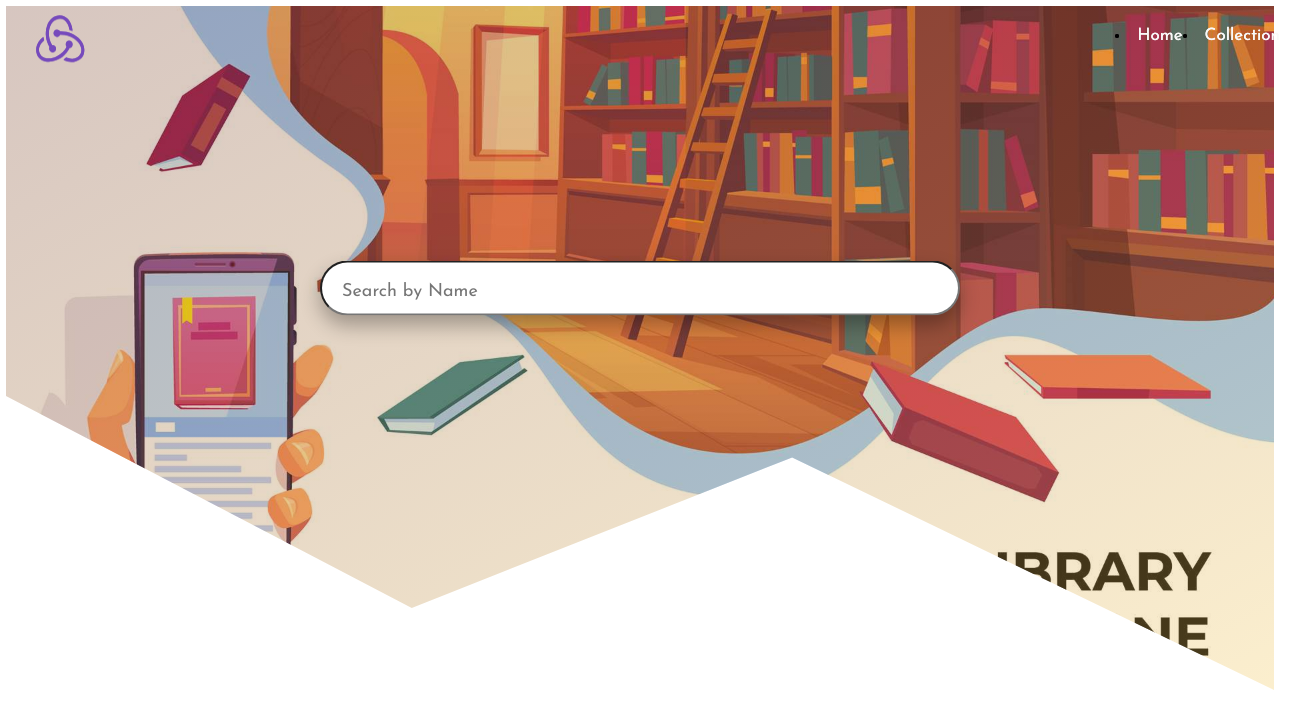
Repository: Kol124/react-book-library
Page: /
The author's editor kept a copy of each file at every save. The page is drawn from the files as they stood at one save, then again after the next save.
The browser window is 1280 px wide. The page is 1300 px wide, so the pictures cover 1300 px, including what lies to the right of the window. The pictures show the whole page.
The project was rebuilt for these pictures with package versions that can differ from the ones it lists, and the page was loaded fresh each time.

Above is the page before, as saved 2021-07-13 18:26:39.

### public/index.html
<!DOCTYPE html>
<html lang="en">
  <head>
    <meta charset="utf-8" />
    <link rel="icon" href="%PUBLIC_URL%/favicon.ico" />
    <meta name="viewport" content="width=device-width, initial-scale=1" />
    <meta name="theme-color" content="#000000" />
    <meta
      name="description"
      content="Web site created using create-react-app"
    />
    <link rel="apple-touch-icon" href="%PUBLIC_URL%/logo192.png" />
    <!--
      manifest.json provides metadata used when your web app is installed on a
      user's mobile device or desktop. See https://developers.google.com/web/fundamentals/web-app-manifest/
    -->
    <link rel="manifest" href="%PUBLIC_URL%/manifest.json" />
    <!--
      Notice the use of %PUBLIC_URL% in the tags above.
      It will be replaced with the URL of the `public` folder during the build.
      Only files inside the `public` folder can be referenced from the HTML.

      Unlike "/favicon.ico" or "favicon.ico", "%PUBLIC_URL%/favicon.ico" will
      work correctly both with client-side routing and a non-root public URL.
      Learn how to configure a non-root public URL by running `npm run build`.
    -->
    <link rel="stylesheet" href="all.min.css" />
    <title>React Redux App</title>
  </head>
  <body>
    <noscript>You need to enable JavaScript to run this app.</noscript>
    <div id="root"></div>
    <!--
      This HTML file is a template.
      If you open it directly in the browser, you will see an empty page.

      You can add webfonts, meta tags, or analytics to this file.
      The build step will place the bundled scripts into the <body> tag.

      To begin the development, run `npm start` or `yarn start`.
      To create a production bundle, use `npm run build` or `yarn build`.
    -->
  </body>
</html>

### src/index.css
@import url(fonts.css);

*,
*::before,
*::after {
  margin: 0;
  padding: 0;
  box-sizing: inherit;
}

html {
  scroll-behavior: smooth;
  box-sizing: border-box;
  font-size: 62.5%;
}

@media only screen and (max-width: 1024px) {
  html {
    font-size: 52.25%;
  }
}

/* @media only screen and (max-width: 768px) {
  html {
    font-size: 50%;
  }
} */

@media only screen and (max-width: 480px) {
  html {
    font-size: 50%;
  }
}

body {
  font-family: Josefin Sans, "Lucida Sans", cursive;
  margin: 0.6rem;
}

a {
  color: #f9f9f9;
  text-decoration: none;
}

.App-logo {
  height: 8.5vmin;
  pointer-events: none;
}

@media (prefers-reduced-motion: no-preference) {
  .App-logo {
    animation: App-logo-float infinite 3s ease-in-out;
  }
}

@keyframes App-logo-float {
  0% {
    transform: translateY(0);
  }
  50% {
    transform: translateY(5px);
  }
  100% {
    transform: translateY(0px);
  }
}

### src/App.js
import React from "react";
import Home from "./components/Home";
import Nav from "./components/Nav";
import { BrowserRouter as Router, Switch, Route } from "react-router-dom";

function App() {
  return (
    <Router>
      <Nav />
      <Switch>
        <Route exact path="/">
          <Home />
        </Route>
      </Switch>
    </Router>
  );
}

export default App;

### src/fonts.css
/* josefin-sans-300 - latin */
@font-face {
  font-family: "Josefin Sans";
  font-style: normal;
  font-weight: 300;
  src: url("./fonts/josefin-sans-v17-latin-300.eot"); /* IE9 Compat Modes */
  src: local(""),
    url("./fonts/josefin-sans-v17-latin-300.eot?#iefix")
      format("embedded-opentype"),
    /* IE6-IE8 */ url("./fonts/josefin-sans-v17-latin-300.woff2")
      format("woff2"),
    /* Super Modern Browsers */ url("./fonts/josefin-sans-v17-latin-300.woff")
      format("woff"),
    /* Modern Browsers */ url("./fonts/josefin-sans-v17-latin-300.ttf")
      format("truetype"),
    /* Safari, Android, iOS */
      url("./fonts/josefin-sans-v17-latin-300.svg#JosefinSans") format("svg"); /* Legacy iOS */
}
/* josefin-sans-regular - latin */
@font-face {
  font-family: "Josefin Sans";
  font-style: normal;
  font-weight: 400;
  src: url("./fonts/josefin-sans-v17-latin-regular.eot"); /* IE9 Compat Modes */
  src: local(""),
    url("./fonts/josefin-sans-v17-latin-regular.eot?#iefix")
      format("embedded-opentype"),
    /* IE6-IE8 */ url("./fonts/josefin-sans-v17-latin-regular.woff2")
      format("woff2"),
    /* Super Modern Browsers */
      url("./fonts/josefin-sans-v17-latin-regular.woff") format("woff"),
    /* Modern Browsers */ url("./fonts/josefin-sans-v17-latin-regular.ttf")
      format("truetype"),
    /* Safari, Android, iOS */
      url("./fonts/josefin-sans-v17-latin-regular.svg#JosefinSans")
      format("svg"); /* Legacy iOS */
}
/* josefin-sans-600 - latin */
@font-face {
  font-family: "Josefin Sans";
  font-style: normal;
  font-weight: 600;
  src: url("./fonts/josefin-sans-v17-latin-600.eot"); /* IE9 Compat Modes */
  src: local(""),
    url("./fonts/josefin-sans-v17-latin-600.eot?#iefix")
      format("embedded-opentype"),
    /* IE6-IE8 */ url("./fonts/josefin-sans-v17-latin-600.woff2")
      format("woff2"),
    /* Super Modern Browsers */ url("./fonts/josefin-sans-v17-latin-600.woff")
      format("woff"),
    /* Modern Browsers */ url("./fonts/josefin-sans-v17-latin-600.ttf")
      format("truetype"),
    /* Safari, Android, iOS */
      url("./fonts/josefin-sans-v17-latin-600.svg#JosefinSans") format("svg"); /* Legacy iOS */
}
/* josefin-sans-700 - latin */
@font-face {
  font-family: "Josefin Sans";
  font-style: normal;
  font-weight: 700;
  src: url("./fonts/josefin-sans-v17-latin-700.eot"); /* IE9 Compat Modes */
  src: local(""),
    url("./fonts/josefin-sans-v17-latin-700.eot?#iefix")
      format("embedded-opentype"),
    /* IE6-IE8 */ url("./fonts/josefin-sans-v17-latin-700.woff2")
      format("woff2"),
    /* Super Modern Browsers */ url("./fonts/josefin-sans-v17-latin-700.woff")
      format("woff"),
    /* Modern Browsers */ url("./fonts/josefin-sans-v17-latin-700.ttf")
      format("truetype"),
    /* Safari, Android, iOS */
      url("./fonts/josefin-sans-v17-latin-700.svg#JosefinSans") format("svg"); /* Legacy iOS */
}

/* josefin-slab-300 - latin */
@font-face {
  font-family: "Josefin Slab";
  font-style: normal;
  font-weight: 300;
  src: url("./fonts/josefin-slab-v13-latin-300.eot"); /* IE9 Compat Modes */
  src: local(""),
    url("./fonts/josefin-slab-v13-latin-300.eot?#iefix")
      format("embedded-opentype"),
    /* IE6-IE8 */ url("./fonts/josefin-slab-v13-latin-300.woff2")
      format("woff2"),
    /* Super Modern Browsers */ url("./fonts/josefin-slab-v13-latin-300.woff")
      format("woff"),
    /* Modern Browsers */ url("./fonts/josefin-slab-v13-latin-300.ttf")
      format("truetype"),
    /* Safari, Android, iOS */
      url("./fonts/josefin-slab-v13-latin-300.svg#JosefinSlab") format("svg"); /* Legacy iOS */
}
/* josefin-slab-regular - latin */
@font-face {
  font-family: "Josefin Slab";
  font-style: normal;
  font-weight: 400;
  src: url("./fonts/josefin-slab-v13-latin-regular.eot"); /* IE9 Compat Modes */
  src: local(""),
    url("./fonts/josefin-slab-v13-latin-regular.eot?#iefix")
      format("embedded-opentype"),
    /* IE6-IE8 */ url("./fonts/josefin-slab-v13-latin-regular.woff2")
      format("woff2"),
    /* Super Modern Browsers */
      url("./fonts/josefin-slab-v13-latin-regular.woff") format("woff"),
    /* Modern Browsers */ url("./fonts/josefin-slab-v13-latin-regular.ttf")
      format("truetype"),
    /* Safari, Android, iOS */
      url("./fonts/josefin-slab-v13-latin-regular.svg#JosefinSlab")
      format("svg"); /* Legacy iOS */
}
/* josefin-slab-600 - latin */
@font-face {
  font-family: "Josefin Slab";
  font-style: normal;
  font-weight: 600;
  src: url("./fonts/josefin-slab-v13-latin-600.eot"); /* IE9 Compat Modes */
  src: local(""),
    url("./fonts/josefin-slab-v13-latin-600.eot?#iefix")
      format("embedded-opentype"),
    /* IE6-IE8 */ url("./fonts/josefin-slab-v13-latin-600.woff2")
      format("woff2"),
    /* Super Modern Browsers */ url("./fonts/josefin-slab-v13-latin-600.woff")
      format("woff"),
    /* Modern Browsers */ url("./fonts/josefin-slab-v13-latin-600.ttf")
      format("truetype"),
    /* Safari, Android, iOS */
      url("./fonts/josefin-slab-v13-latin-600.svg#JosefinSlab") format("svg"); /* Legacy iOS */
}
/* josefin-slab-700 - latin */
@font-face {
  font-family: "Josefin Slab";
  font-style: normal;
  font-weight: 700;
  src: url("./fonts/josefin-slab-v13-latin-700.eot"); /* IE9 Compat Modes */
  src: local(""),
    url("./fonts/josefin-slab-v13-latin-700.eot?#iefix")
      format("embedded-opentype"),
    /* IE6-IE8 */ url("./fonts/josefin-slab-v13-latin-700.woff2")
      format("woff2"),
    /* Super Modern Browsers */ url("./fonts/josefin-slab-v13-latin-700.woff")
      format("woff"),
    /* Modern Browsers */ url("./fonts/josefin-slab-v13-latin-700.ttf")
      format("truetype"),
    /* Safari, Android, iOS */
      url("./fonts/josefin-slab-v13-latin-700.svg#JosefinSlab") format("svg"); /* Legacy iOS */
}

/* montserrat-300 - latin */
@font-face {
  font-family: "Montserrat";
  font-style: normal;
  font-weight: 300;
  src: url("./fonts/montserrat-v15-latin-300.eot"); /* IE9 Compat Modes */
  src: local(""),
    url("./fonts/montserrat-v15-latin-300.eot?#iefix")
      format("embedded-opentype"),
    /* IE6-IE8 */ url("./fonts/montserrat-v15-latin-300.woff2") format("woff2"),
    /* Super Modern Browsers */ url("./fonts/montserrat-v15-latin-300.woff")
      format("woff"),
    /* Modern Browsers */ url("./fonts/montserrat-v15-latin-300.ttf")
      format("truetype"),
    /* Safari, Android, iOS */
      url("./fonts/montserrat-v15-latin-300.svg#Montserrat") format("svg"); /* Legacy iOS */
}
/* montserrat-regular - latin */
@font-face {
  font-family: "Montserrat";
  font-style: normal;
  font-weight: 400;
  src: url("./fonts/montserrat-v15-latin-regular.eot"); /* IE9 Compat Modes */
  src: local(""),
    url("./fonts/montserrat-v15-latin-regular.eot?#iefix")
      format("embedded-opentype"),
    /* IE6-IE8 */ url("./fonts/montserrat-v15-latin-regular.woff2")
      format("woff2"),
    /* Super Modern Browsers */ url("./fonts/montserrat-v15-latin-regular.woff")
      format("woff"),
    /* Modern Browsers */ url("./fonts/montserrat-v15-latin-regular.ttf")
      format("truetype"),
    /* Safari, Android, iOS */
      url("./fonts/montserrat-v15-latin-regular.svg#Montserrat") format("svg"); /* Legacy iOS */
}
/* montserrat-500 - latin */
@font-face {
  font-family: "Montserrat";
  font-style: normal;
  font-weight: 500;
  src: url("./fonts/montserrat-v15-latin-500.eot"); /* IE9 Compat Modes */
  src: local(""),
    url("./fonts/montserrat-v15-latin-500.eot?#iefix")
      format("embedded-opentype"),
    /* IE6-IE8 */ url("./fonts/montserrat-v15-latin-500.woff2") format("woff2"),
    /* Super Modern Browsers */ url("./fonts/montserrat-v15-latin-500.woff")
      format("woff"),
    /* Modern Browsers */ url("./fonts/montserrat-v15-latin-500.ttf")
      format("truetype"),
    /* Safari, Android, iOS */
      url("./fonts/montserrat-v15-latin-500.svg#Montserrat") format("svg"); /* Legacy iOS */
}

### src/components/Home.js
import React from "react";
import Header from "./Header";
import styled from "styled-components";

export default function Home() {
  return (
    <div>
      <Header />
      <Search type="text" placeholder="Search by Name" />
    </div>
  );
}

const Container = styled.main`
  min-height: calc(100vh - 250px);
  overflow-x: hidden;
  top: 72px;
  display: block;
  position: relative;
  padding: 0 calc(3.5vw + 5px);
`;

const Search = styled.input`
  font-family: "Josefin Sans", cursive;
  padding: 1.5rem 1rem 1rem 2rem;
  margin: 0 auto 1rem auto;
  position: absolute;
  height: 5.5rem;
  color: #ccc;
  width: 50%;
  top: 40%;
  left: 50%;
  outline: none;
  font-size: 1.8rem;
  border-radius: 3rem;
  transform: translate(-50%, -50%);
  box-shadow: 0 10px 20px rgba(0, 0, 0, 0.3);
`;

### src/components/Nav.js
import React from "react";
import logo from "../logo.svg";
import { Link } from "react-router-dom";
import styled from "styled-components";

const Nav = () => {
  return (
    <Navigation>
      <Logo>
        <img src={logo} className="App-logo" alt="logo" />
      </Logo>

      <NavMenu>
        <li>
          <Link to="/">Home</Link>
        </li>

        <li>
          <Link to="/">Collection</Link>
        </li>
      </NavMenu>
    </Navigation>
  );
};

const Navigation = styled.nav`
  top: 0;
  right: 0;
  width: 130rem;
  display: flex;
  font-size: 1.7rem;
  position: absolute;
  justify-content: space-between;
  align-items: center;
  margin: 0 auto;
  padding: 0 2rem;
  height: 7rem;
  z-index: 3;
  left: 0;
`;

const Logo = styled.a`
  padding: 0;
  width: 80px;
  font-size: 0;
  margin-top: 4px;
  max-height: 70px;
  display: inline-block;

  img {
    display: block;
    width: 100%;
  }
`;

const NavMenu = styled.div`
  /* position: relative;
  margin-right: 5rem; */
  margin: 0px;
  padding: 0px;
  height: 100%;
  display: flex;
  align-items: center;
  flex-flow: row nowrap;
  justify-content: flex-end;

  /* a {
    span {
      color: rgb(249, 249, 249);
      white-space: nowrap;
      line-height: 1.08;
      margin-left: 8px;
      cursor: pointer;
      font-size: 13px;
      padding: 2px 0px;
      position: relative;
      letter-spacing: 1.42px;

      &:before {
        background-color: rgb(249, 249, 249);
        border-radius: 0px 0px 4px 4px;
        position: absolute;
        bottom: -6px;
        content: "";
        height: 2px;
        left: 0px;
        opacity: 0;
        right: 0px;
        width: auto;
        visibility: hidden;
        transform: scaleX(0);
        transform-origin: left center;
        transition: all 250ms cubic-bezier(0.25, 0.46, 0.45, 0.94) 0s;
      }
    }

    &:hover {
      span:before {
        transform: scaleX(1);
        visibility: visible;
        opacity: 1 !important;
      }
    }
  } */

  @media (max-width: 768px) {
    display: none;
  }
`;

export default Nav;

### src/features/counter/counterSlice.js
import { createSlice } from '@reduxjs/toolkit';

export const counterSlice = createSlice({
  name: 'counter',
  initialState: {
    value: 0,
  },
  reducers: {
    increment: state => {
      // Redux Toolkit allows us to write "mutating" logic in reducers. It
      // doesn't actually mutate the state because it uses the Immer library,
      // which detects changes to a "draft state" and produces a brand new
      // immutable state based off those changes
      state.value += 1;
    },
    decrement: state => {
      state.value -= 1;
    },
    incrementByAmount: (state, action) => {
      state.value += action.payload;
    },
  },
});

export const { increment, decrement, incrementByAmount } = counterSlice.actions;

// The function below is called a thunk and allows us to perform async logic. It
// can be dispatched like a regular action: `dispatch(incrementAsync(10))`. This
// will call the thunk with the `dispatch` function as the first argument. Async
// code can then be executed and other actions can be dispatched
export const incrementAsync = amount => dispatch => {
  setTimeout(() => {
    dispatch(incrementByAmount(amount));
  }, 1000);
};

// The function below is called a selector and allows us to select a value from
// the state. Selectors can also be defined inline where they're used instead of
// in the slice file. For example: `useSelector((state) => state.counter.value)`
export const selectCount = state => state.counter.value;

export default counterSlice.reducer;

### src/components/Header.js
import React from "react";
import Nav from "./Nav";
import styled from "styled-components";

const HeaderBackground = styled.header`
  height: 95vh;
  z-index: -100;
  position: relative;
  background-image: linear-gradient(
      to right bottom,
      rgba(120, 65, 46, 0.3),
      rgb(245, 203, 92, 0.3)
    ),
    url("/images/header-2.jpg");
  background-size: cover;
  background-position: top;
  background-repeat: no-repeat;
  background-attachment: fixed;
  clip-path: polygon(0 0, 100% 0, 100% 100%, 62% 66%, 32% 88%, 0 57%);

  @media only screen and (max-width: 480px) {
    height: 85vh;
  }
`;

const Header = () => {
  return (
    <>
      <Nav />
      <HeaderBackground />
    </>
  );
};

export default Header;

Loaded but not shown: src/index.js (common file); src/app/store.js (common file); src/serviceWorker.js (common file); public/all.min.css (library)

After the next save:
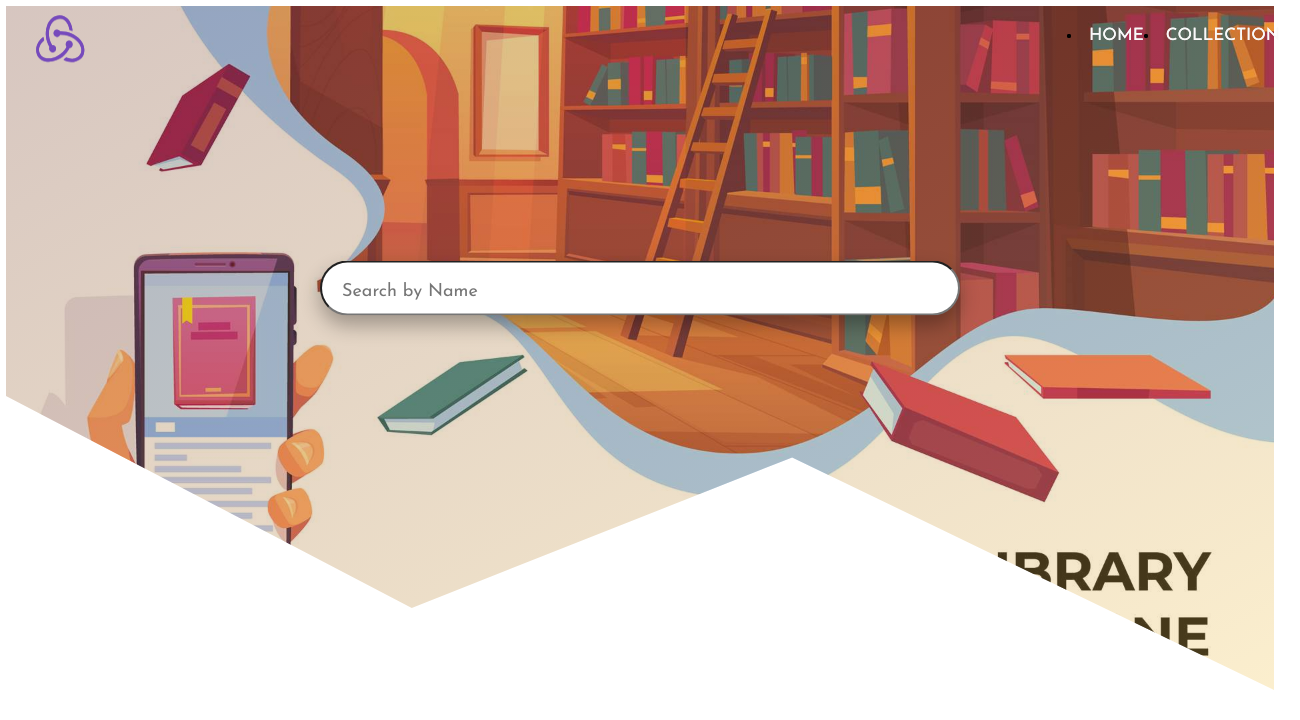
Saved 50 s later.
--- a/src/components/Nav.js
+++ b/src/components/Nav.js
@@ -54,8 +54,9 @@
 `;
 
 const NavMenu = styled.div`
-  /* position: relative;
-  margin-right: 5rem; */
+  text-transform: uppercase;
+  position: relative;
+  margin-right: 5rem;
   margin: 0px;
   padding: 0px;
   height: 100%;
